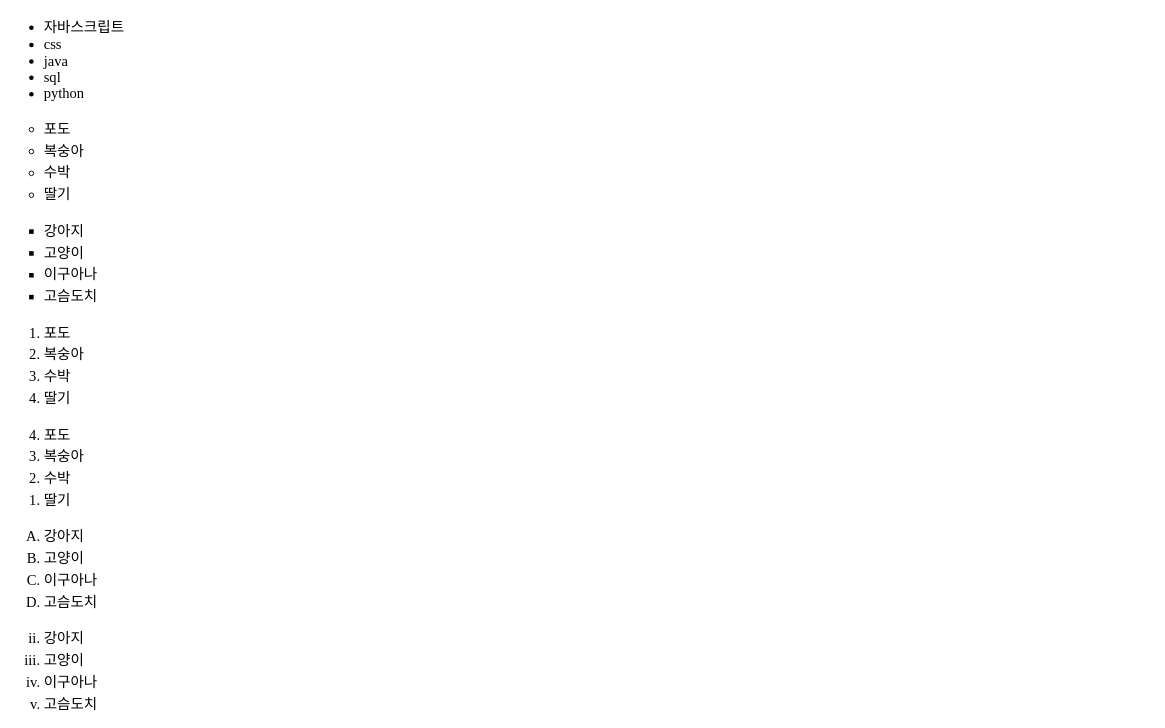
Repository: roditee/Frontend_ex
Page: HTML01/src/main/webapp/list.html
An editor plug-in stored every save of this project. The page is shown before and after the next save, followed by the edit.
The browser window is 1280 px wide. The pictures show the whole page, at 91% of full size.

Above is the page before, as saved 2021-12-02 04:47:03.

After the next save:
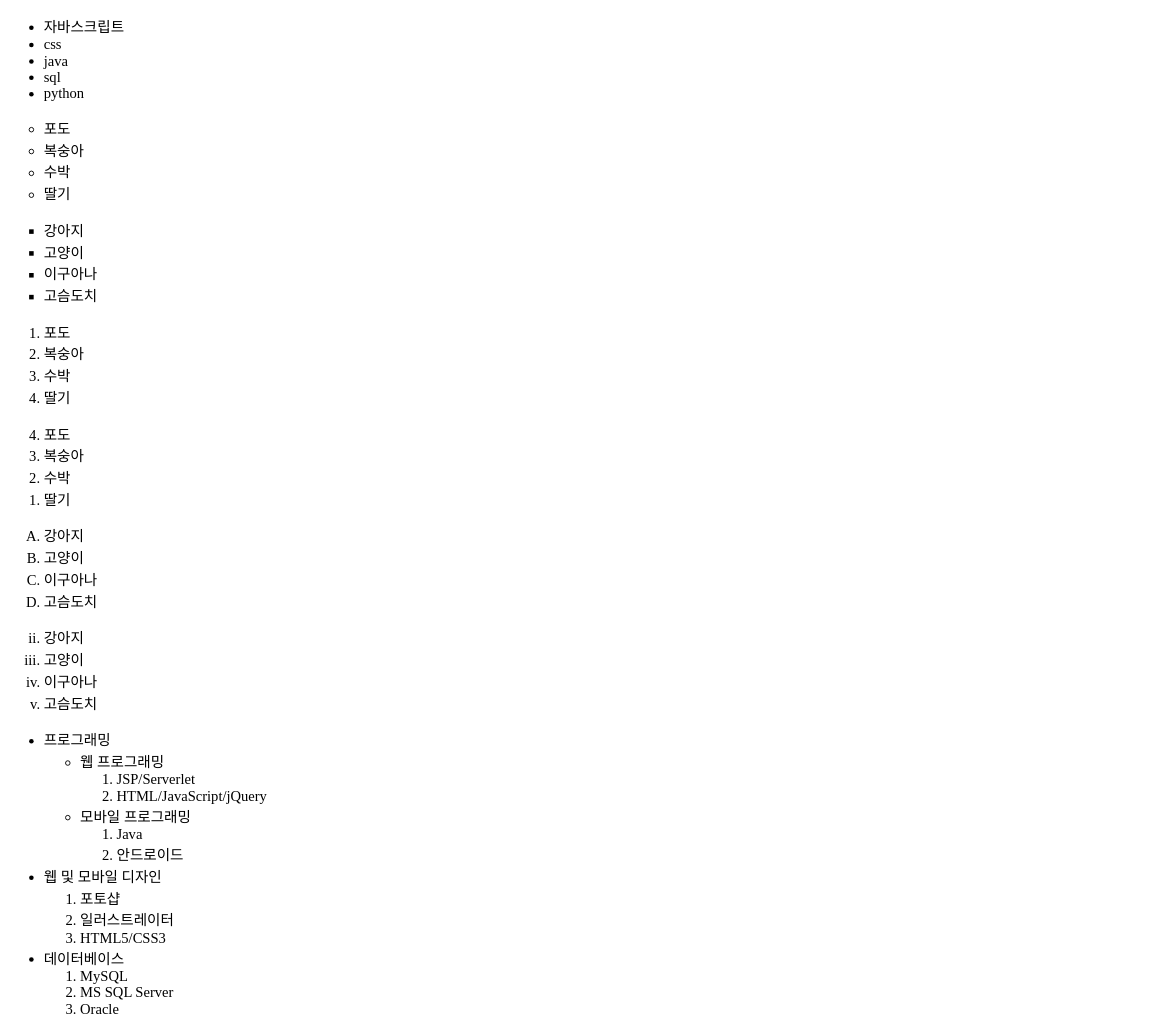
Saved 8 min 39 s later.
--- a/HTML01/src/main/webapp/list.html
+++ b/HTML01/src/main/webapp/list.html
@@ -56,5 +56,34 @@
 			<li>이구아나</li>
 			<li>고슴도치</li>
 		</ol>
+
+		<!-- 목록 중첩 사용 -->
+		<ul>
+			<li>프로그래밍</li>
+				<ul>
+					<li>웹 프로그래밍</li>
+					<ol>
+						<li>JSP/Serverlet</li>
+						<li>HTML/JavaScript/jQuery</li>
+					</ol>
+					<li>모바일 프로그래밍</li>
+					<ol>
+						<li>Java</li>
+						<li>안드로이드</li>
+					</ol>
+				</ul>
+			<li>웹 및 모바일 디자인</li>
+				<ol>
+					<li>포토샵</li>
+					<li>일러스트레이터</li>
+					<li>HTML5/CSS3</li>
+				</ol>
+			<li>데이터베이스</li>
+				<ol>
+					<li>MySQL</li>
+					<li>MS SQL Server</li>
+					<li>Oracle</li>
+				</ol>
+		</ul>
 	</body>
 </html>
